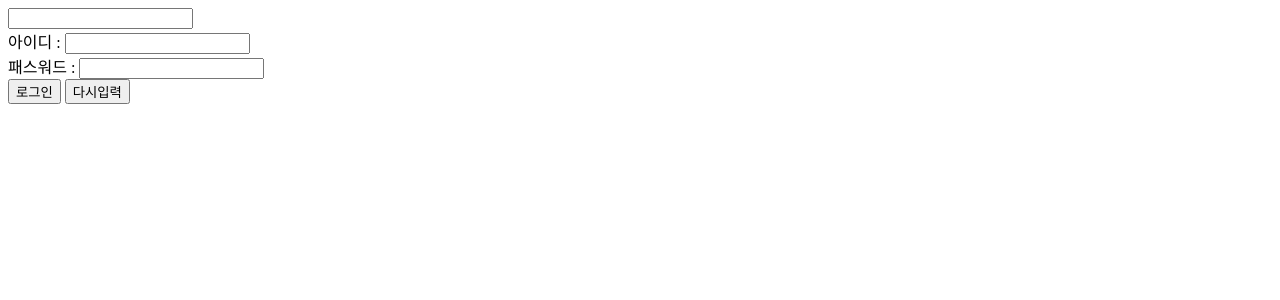
Repository: onerain5120/db_conn
Page: eclipse-workspace/pro06/src/main/webapp/login.html
These files come from the project's save history. The page is drawn as it stood at one moment and after the next save; the edit follows.
The browser window is 1280 px wide. The pictures show the whole page.

Above is the page before, as saved 2023-09-27 01:36:20.

After the next save:
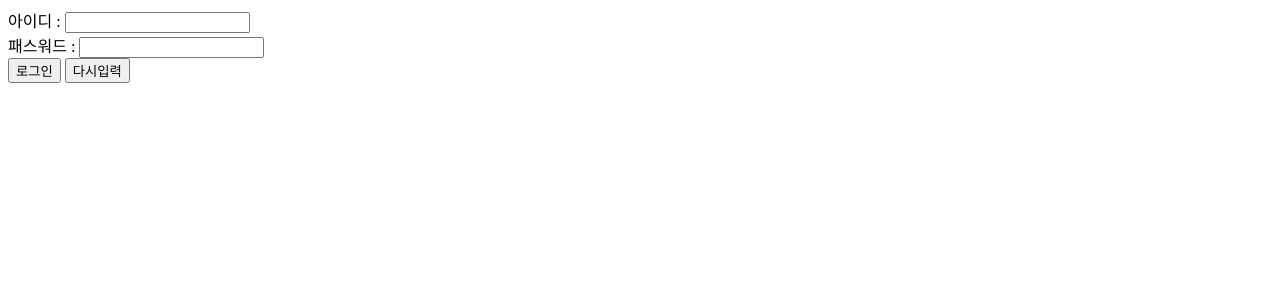
Saved 23 s later.
--- a/eclipse-workspace/pro06/src/main/webapp/login.html
+++ b/eclipse-workspace/pro06/src/main/webapp/login.html
@@ -8,7 +8,6 @@
 
 <body>
 
-	<input type="text">
 	<form method="get" action="login.html">
 		아이디 : <input type="text" name="user_id"><br>
 		패스워드 : <input type="password" name="user_pw"><br>
